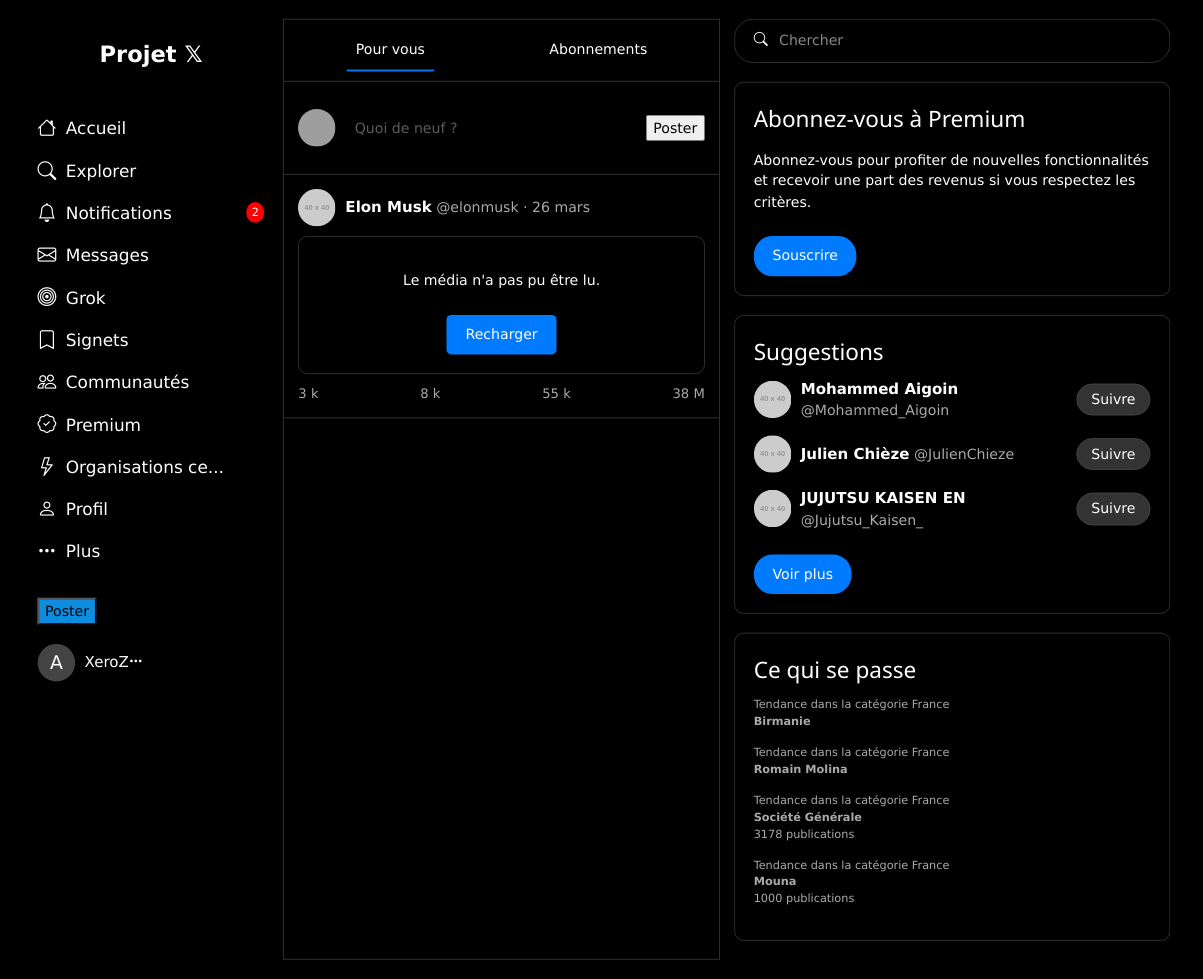
Repository: barriefl/ProjetX_BARRIER_MAULINE_MARQUES-FELIX_SERVONNET
Page: front/index.html
The author's editor kept a copy of each file at every save. The page is drawn from the files as they stood at one save, then again after a run of saves.
The browser window is 1280 px wide. The pictures show the whole page, at 94% of full size.
The pointer rests on the first visible `.post-button button`.
Pictures or frames that could not be fetched are drawn as grey boxes.

Above is the page before, as saved 2025-03-28 09:35:55.

### front/index.html
<!DOCTYPE html>
<html lang="fr">
  <head>
    <meta charset="UTF-8" />
    <meta name="viewport" content="width=device-width, initial-scale=1.0" />
    <title>ProjetX</title>
    <link rel="stylesheet" href="style.css" />
    <link rel="stylesheet" href="https://www.w3schools.com/w3css/5/w3.css" />
    <link
      rel="stylesheet"
      href="https://cdn.jsdelivr.net/npm/bootstrap-icons@1.5.0/font/bootstrap-icons.css"
    />
  </head>
  <body>
    <div class="sidebar">
      <div class="logo">
        <a href="">Projet &Xopf;</a>
      </div>
      <ul class="menu">
        <li>
          <a href=""
            ><span class="icon"><i class="bi bi-house"></i></span> Accueil</a
          >
        </li>
        <li>
          <a href=""
            ><span class="icon"><i class="bi bi-search"></i></span>Explorer</a
          >
        </li>
        <li>
          <a href="#"
            ><span class="icon"><i class="bi bi-bell"></i></span> Notifications
            <span class="notification-badge">2</span></a
          >
        </li>
        <li>
          <a href="#"
            ><span class="icon"><i class="bi bi-envelope"></i></span>
            Messages</a
          >
        </li>
        <li>
          <a href="#"
            ><span class="icon"><i class="bi bi-bullseye"></i></span> Grok</a
          >
        </li>
        <li>
          <a href="#"
            ><span class="icon"><i class="bi bi-bookmark"></i></span> Signets</a
          >
        </li>
        <li>
          <a href="#"
            ><span class="icon"><i class="bi bi-people"></i></span>
            Communautés</a
          >
        </li>
        <li>
          <a href="#"
            ><span class="icon"><i class="bi bi-patch-check"></i></span>
            Premium</a
          >
        </li>
        <li>
          <a href="#"
            ><span class="icon"><i class="bi bi-lightning"></i></span>
            Organisations ce...</a
          >
        </li>
        <li>
          <a href="#"
            ><span class="icon"><i class="bi bi-person"></i></span> Profil</a
          >
        </li>
        <li>
          <a href="#"
            ><span class="icon"><i class="bi bi-three-dots"></i></span> Plus</a
          >
        </li>
      </ul>
      <div class="post-button">
        <button>Poster</button>
      </div>
      <div class="user-info">
        <span class="avatar">A</span>
        <span class="username">XeroZ</span>
        <span class="more-info"><i class="bi bi-three-dots"></i></span>
      </div>
    </div>
    <div class="container container-border">
      <!-- Tabs -->
      <div class="tab-menu">
        <a href="#" class="active">Pour vous</a>
        <a href="#">Abonnements</a>
      </div>

      <!-- Header -->
      <div class="header">
        <img src="empty.png" alt="empty.png" />
        <input type="text" placeholder="Quoi de neuf ?" />
        <div class="post-button">
          <button>Poster</button>
        </div>
      </div>

      <!-- Post -->
      <div class="post">
        <div class="user-info">
          <img src="https://via.placeholder.com/40" alt="User Avatar" />
          <div>
            <span class="username">Elon Musk</span>
            <span style="color: #aaa">@elonmusk · 26 mars</span>
          </div>
        </div>
        <div class="content">
          <p>Le média n'a pas pu être lu.</p>
          <button>Recharger</button>
        </div>
        <div class="actions">
          <span>3 k</span>
          <span>8 k</span>
          <span>55 k</span>
          <span>38 M</span>
        </div>
      </div>
    </div>
    <div class="container">
      <!-- Barre de recherche -->
      <div class="search-bar">
        <i class="bi bi-search"></i>
        <input type="text" placeholder="Chercher" />
      </div>

      <!-- Section Premium -->
      <div class="card">
        <h3>Abonnez-vous à Premium</h3>
        <p>
          Abonnez-vous pour profiter de nouvelles fonctionnalités et recevoir
          une part des revenus si vous respectez les critères.
        </p>
        <a href="#" class="button">Souscrire</a>
      </div>

      <!-- Suggestions -->
      <div class="card">
        <h3>Suggestions</h3>
        <div class="suggestion">
          <img src="https://via.placeholder.com/40" alt="Avatar" />
          <div class="info">
            <span class="username">Mohammed Aigoin</span>
            <span class="handle">@Mohammed_Aigoin</span>
          </div>
          <button>Suivre</button>
        </div>
        <div class="suggestion">
          <img src="https://via.placeholder.com/40" alt="Avatar" />
          <div class="info">
            <span class="username">Julien Chièze</span>
            <span class="handle">@JulienChieze</span>
          </div>
          <button>Suivre</button>
        </div>
        <div class="suggestion">
          <img src="https://via.placeholder.com/40" alt="Avatar" />
          <div class="info">
            <span class="username">JUJUTSU KAISEN EN</span>
            <span class="handle">@Jujutsu_Kaisen_</span>
          </div>
          <button>Suivre</button>
        </div>
        <a
          href="#"
          class="button"
          style="margin-top: 10px; display: inline-block"
          >Voir plus</a
        >
      </div>

      <!-- Tendances -->
      <div class="card">
        <h3>Ce qui se passe</h3>
        <ul class="trends">
          <li>
            <span>Tendance dans la catégorie France</span>
            <span class="title">Birmanie</span>
          </li>
          <li>
            <span>Tendance dans la catégorie France</span>
            <span class="title">Romain Molina</span>
          </li>
          <li>
            <span>Tendance dans la catégorie France</span>
            <span class="title">Société Générale</span>
            <span>3178 publications</span>
          </li>
          <li>
            <span>Tendance dans la catégorie France</span>
            <span class="title">Mouna</span>
            <span>1000 publications</span>
          </li>
        </ul>
      </div>
    </div>
  </body>
</html>

### front/style.css
body {
    margin: 0;
    font-family: Arial, sans-serif;
    background-color: #000;
    color: white;
    padding: 0;
    display: flex;
    justify-content: center;
    padding: 20px;
}

.sidebar {
    width: 300px;
    height: 100vh;
    display: flex;
    flex-direction: column;
    padding: 20px;
}

.logo {
    text-align: center;
    font-size: 24px;
    font-weight: bold;
    margin-bottom: 30px;
}

.logo a {
    text-decoration: none;
    color: white;
}

.menu {
    list-style: none;
    padding: 0;
    margin: 0;
    flex-grow: 1;
}

.menu li {
    margin: 15px 0;
}

.menu a {
    text-decoration: none;
    color: white;
    display: flex;
    align-items: center;
    font-size: 18px;
}

.menu .icon {
    margin-right: 10px;
    font-size: 20px;
}

.notification-badge {
    background-color: red;
    color: white;
    font-size: 12px;
    border-radius: 50%;
    padding: 2px 6px;
    margin-left: auto;
}

.post-button {
    margin: 20px 0;
}

.button-blue {
    width: 100%;
    padding: 10px;
    font-size: 16px;
    background-color: #1da1f2;
    color: white;
    border: none;
    border-radius: 5px;
    cursor: pointer;
}

.post-button button:hover {
    background-color: #0d8ce0;
}

.user-info {
    display: flex;
    align-items: center;
    margin-top: auto;
}

.avatar {
    background-color: #444;
    width: 40px;
    height: 40px;
    display: flex;
    align-items: center;
    justify-content: center;
    border-radius: 50%;
    font-size: 20px;
    margin-right: 10px;
}

.username {
    font-size: 16px;
}

.container {
    width: 500px;
    overflow: hidden;
    margin-right: 15px;
}

.container-border {
    border: 1px solid #333;
}

.header {
    display: flex;
    align-items: center;
    padding: 15px;
    border-bottom: 1px solid #333;
}

.header img {
    width: 40px;
    height: 40px;
    border-radius: 50%;
    margin-right: 10px;
}

.header input {
    flex: 1;
    background: transparent;
    border: none;
    outline: none;
    padding: 10px;
    color: #fff;
}

.header input::placeholder {
    color: #aaa;
}

.post {
    padding: 15px;
    border-bottom: 1px solid #333;
}

.post .user-info {
    display: flex;
    align-items: center;
    margin-bottom: 10px;
}

.post .user-info img {
    width: 40px;
    height: 40px;
    border-radius: 50%;
    margin-right: 10px;
}

.post .user-info .username {
    font-weight: bold;
}

.post .content {
    border: solid 1px #333;
    border-radius: 10px;
    padding: 20px;
    text-align: center;
}

.post .content button {
    background-color: #007bff;
    color: #fff;
    border: none;
    border-radius: 5px;
    padding: 10px 20px;
    margin-top: 10px;
    cursor: pointer;
}

.post .actions {
    display: flex;
    justify-content: space-between;
    margin-top: 10px;
    font-size: 14px;
    color: #aaa;
}

.tab-menu {
    display: flex;
    justify-content: space-around;
    padding: 10px;
    border-bottom: 1px solid #333;
}

.tab-menu a {
    color: #fff;
    text-decoration: none;
    padding: 10px;
}

.tab-menu a.active {
    border-bottom: 2px solid #007bff;
}

 .search-bar {
     display: flex;
     padding: 10px 20px;
     margin-bottom: 20px;
     border-radius: 20px;
     border: 1px solid #333;
 }

 .search-bar input {
     flex: 1;
     background: transparent;
     border: none;
     outline: none;
     color: #ffffff;
 }

 .search-bar i {
     margin-right: 10px;
 }

 .card {
    border: 1px solid #333;
     border-radius: 10px;
     padding: 20px;
     margin-bottom: 20px;
 }

 .card h3 {
     margin-top: 0;
 }

 .card .button {
     display: inline-block;
     background-color: #007bff;
     color: #ffffff;
     text-decoration: none;
     padding: 10px 20px;
     border-radius: 20px;
     margin-top: 10px;
     text-align: center;
 }

 .suggestion {
     display: flex;
     align-items: center;
     margin-bottom: 15px;
 }

 .suggestion img {
     width: 40px;
     height: 40px;
     border-radius: 50%;
     margin-right: 10px;
 }

 .suggestion .info {
     flex: 1;
 }

 .suggestion .info .username {
     font-weight: bold;
 }

 .suggestion .info .handle {
     color: #aaa;
 }

 .suggestion button {
     background-color: #333;
     border: 1px solid #444;
     color: #fff;
     border-radius: 20px;
     padding: 5px 15px;
     cursor: pointer;
 }

 .trends {
     list-style: none;
     padding: 0;
     margin: 0;
 }

 .trends li {
     margin-bottom: 15px;
 }

 .trends li span {
     display: block;
     color: #aaa;
     font-size: 12px;
 }

 .trends li .title {
     font-weight: bold;
 }

After the next 3 saves:
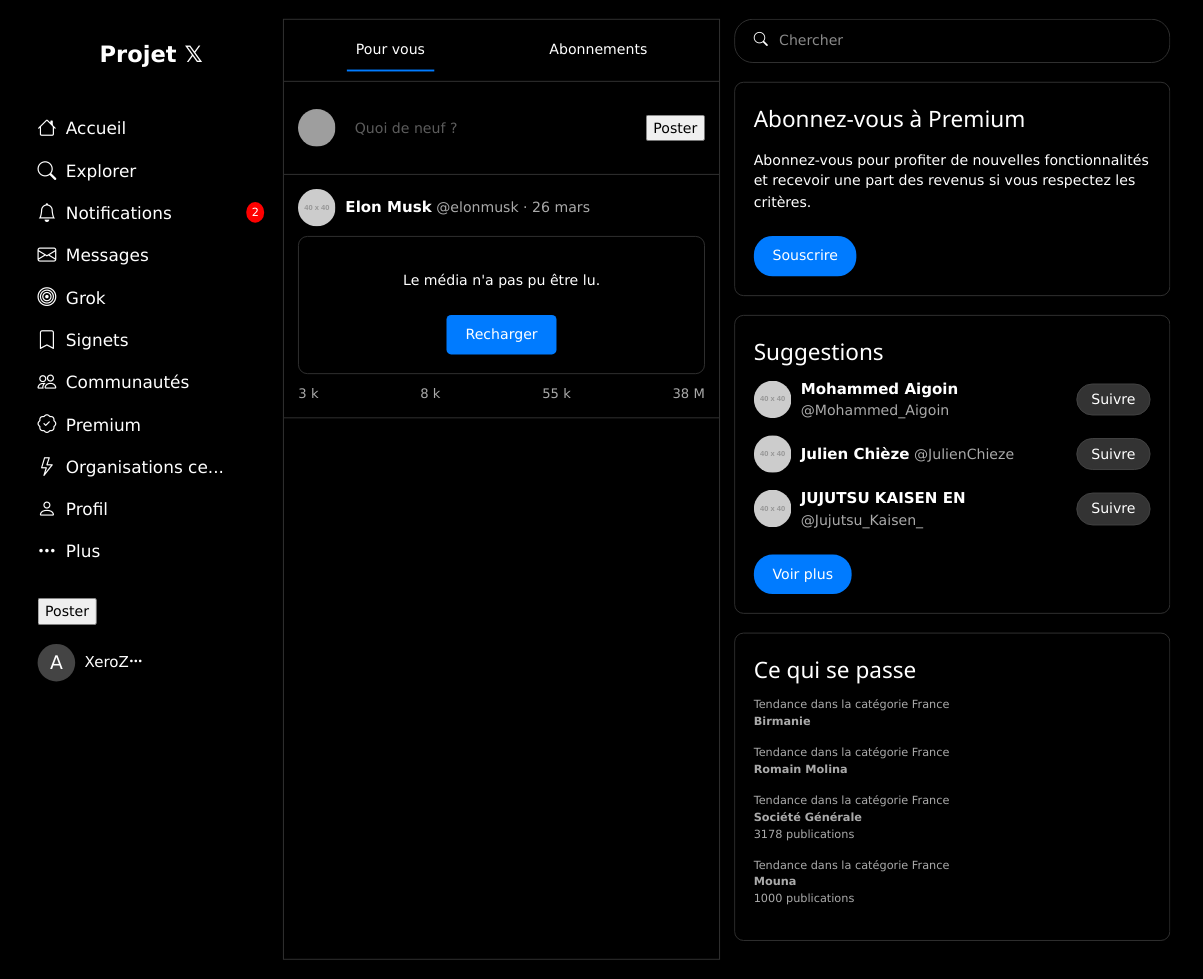
The 3 saves are shown as one change because they came seconds apart.
The last was saved 10 s later.
--- a/front/style.css
+++ b/front/style.css
@@ -77,7 +77,7 @@
     cursor: pointer;
 }
 
-.post-button button:hover {
+.button-blue:hover {
     background-color: #0d8ce0;
 }
 
